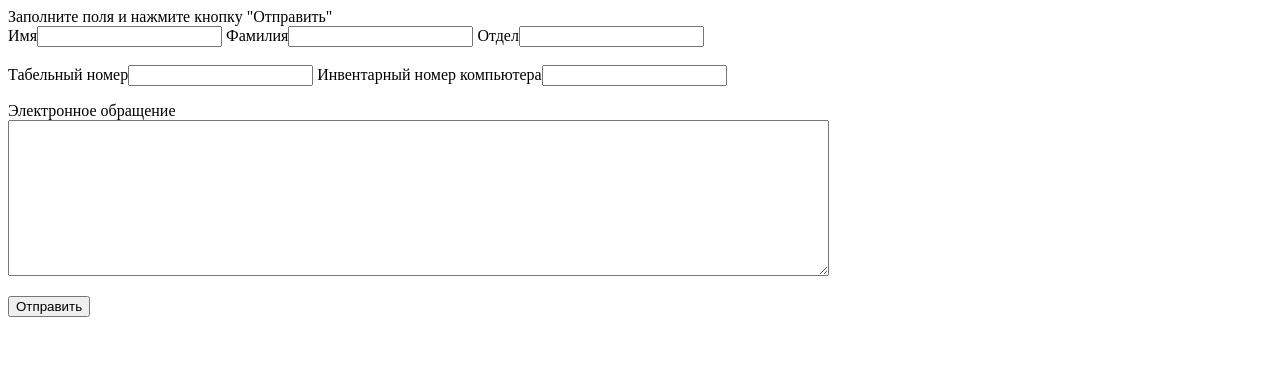
Repository: pitonby/monolitWebApp
Page: WebApp/WebContent/NewFile.html
An editor plug-in stored every save of this project. The page is shown before and after the next save, followed by the edit.
The browser window is 1280 px wide. The pictures show the whole page.

Above is the page before, as saved 2017-05-29 09:16:39.

After the next save:
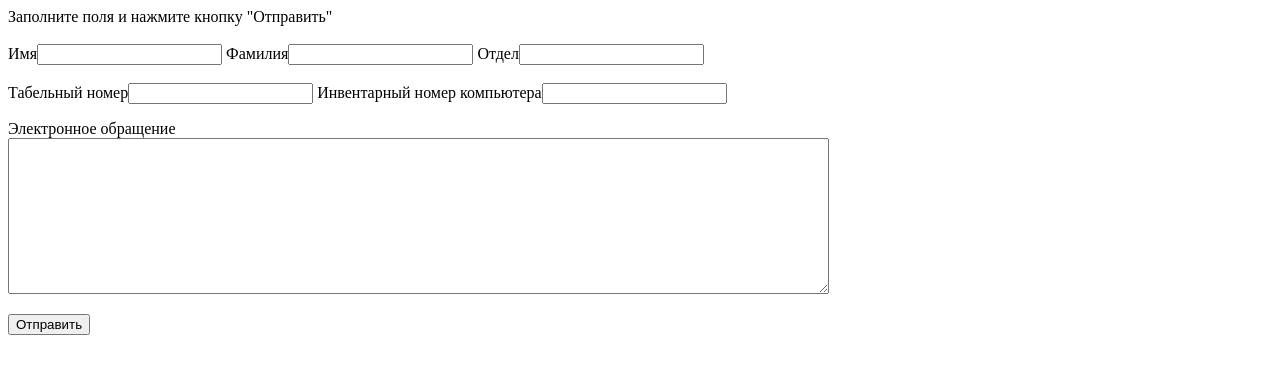
Saved 58 s later.
--- a/WebApp/WebContent/NewFile.html
+++ b/WebApp/WebContent/NewFile.html
@@ -5,8 +5,8 @@
 <title>Электронная заявка</title>
 </head>
 <body>
-Заполните поля и нажмите кнопку "Отправить"<Br>
-	<form method="POST" action="MyServlet">
+Заполните поля и нажмите кнопку "Отправить"
+	<form method="POST" action="MyServlet"><Br>
 	Имя<input type="text" name="firstName">
 	Фамилия<input type="text" name="secondName">
 	Отдел<input type="text" name="department"><Br><Br>
